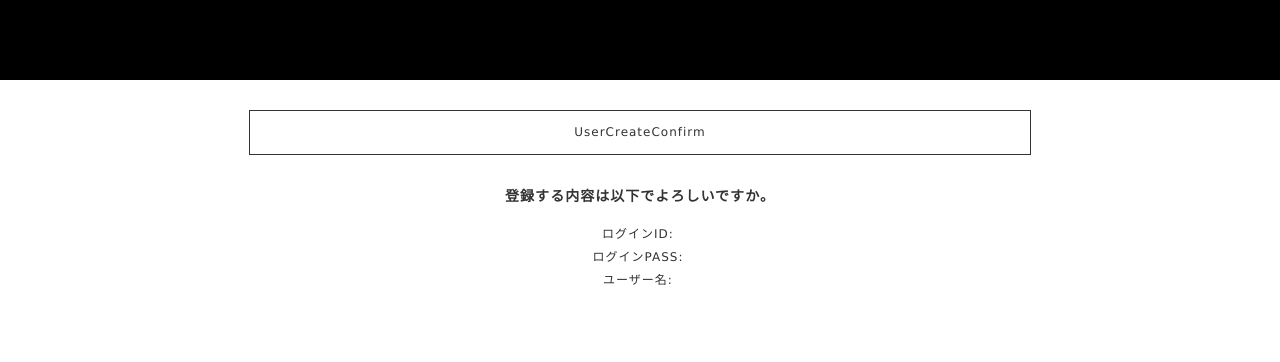
Repository: cha-git/ecsite
Page: http://localhost/template/userCreateConfirm.jsp
An editor plug-in stored every save of this project. The page is shown before and after the next save, followed by the edit.
The browser window is 1280 px wide. The pictures show the whole page.
The page is served by Tomcat 9. Other server files are loaded and not shown.

Above is the page before, as saved 2018-12-25 10:04:36.

### template/WebContent/userCreateConfirm.jsp
<%@ page language="java" contentType="text/html; charset=UTF-8"
    pageEncoding="UTF-8"%>
<%@ taglib prefix="s" uri="/struts-tags" %>
<!DOCTYPE html>
<html>
<head>
	<meta http-equiv="Content-Type" content="text/html; charset=UTF-8" />
	<meta http-equiv="Content-Style-Type" content="text/css" />
	<meta http-equiv="Content-Script-Type" content="text/javascript" />
	<meta http-equiv="imagetoolbar" content="no" />
	<meta name="description" content="" />
	<meta name="keywords" content="" />
	<title>UserCreateConfirm画面</title>
	<style type="text/css">
	/* ========TAG LAYOUT======== */
	body {
		margin:0;
		padding:0;
		line-height:1.6;
		letter-spacing:1px;
		font-family:Verdana, Helvetica, sans-serif;
		font-size:12px;
		color:#333;
		background:#fff;
	}

	table {
		text-align:center;
		margin:0 auto;
	}
	/* ========ID LAYOUT======== */
	#top {
		width:780px;
		margin:30px auto;
		border:1px solid #333;
	}

	#header {
		width:100%;
		height:80px;
		background-color:black;
	}

	#main {
		width:100%;
		height:500px;
		text-align:center;
	}

	#footer {
		width:100%;
		height:80px;
		background-color:black;
		clear:both;
	}
	</style>
</head>
<body>
	<div id="header">
		<div id="pr">
		</div>
	</div>
	<div id="main">
		<div id="top">
			<p>UserCreateConfirm</p>
		</div>
		<div>
			<h3>登録する内容は以下でよろしいですか。</h3>
			<table>
				<s:form action="UserCreateCompleteAction">
					<tr id="box">
						<td>
							<label>ログインID:</label>
						</td>
						<td>
							<s:property value="loginUserId" escape="false" />
						</td>
					</tr>
					<tr id="box">
						<td>
							<label>ログインPASS:</label>
						</td>
						<td>
							<s:property value="loginPassword" escape="false" />
						</td>
					</tr>
					<tr id="box">
						<td>
							<label>ユーザー名:</label>
						</td>
						<td>
							<s:property value="userName" escape="false" />
						</td>
					</tr>
				</s:form>
			</table>
		</div>
	</div>
</body>
</html>

After the next save:
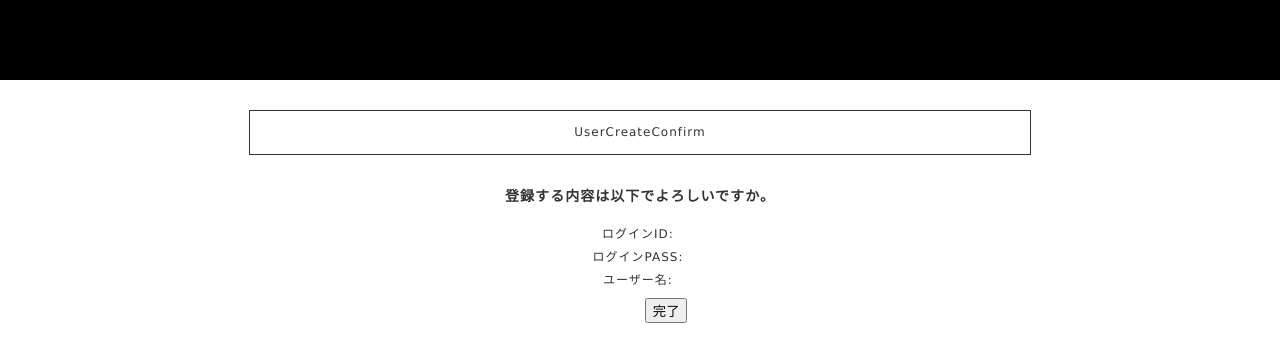
Saved 42 s later.
--- a/template/WebContent/userCreateConfirm.jsp
+++ b/template/WebContent/userCreateConfirm.jsp
@@ -92,6 +92,11 @@
 							<s:property value="userName" escape="false" />
 						</td>
 					</tr>
+					<tr>
+						<td>
+							<s:submit value="完了" />
+						</td>
+					</tr>
 				</s:form>
 			</table>
 		</div>
